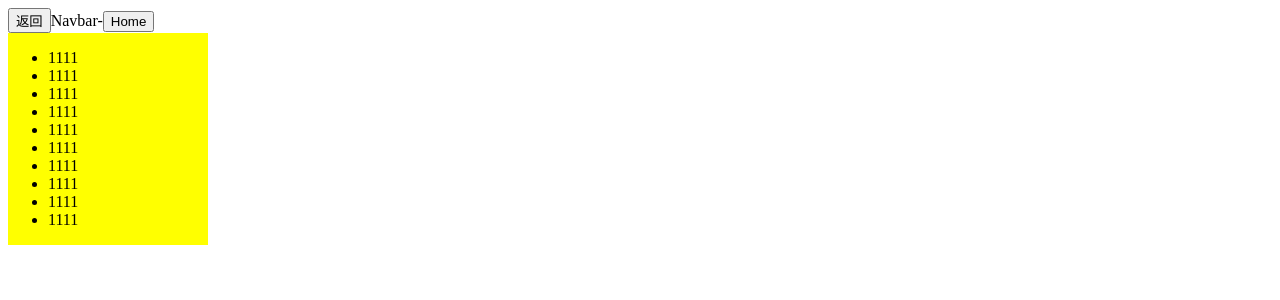
Repository: zenghao518518/React
Page: /
An editor plug-in stored every save of this project. The page is shown before and after the next save, followed by the edit.
The browser window is 1280 px wide. The pictures show the whole page.
The project was rebuilt for these pictures with package versions that can differ from the ones it lists, and the page was loaded fresh each time.

Above is the page before, as saved 2023-07-25 18:07:44.

After the next save:
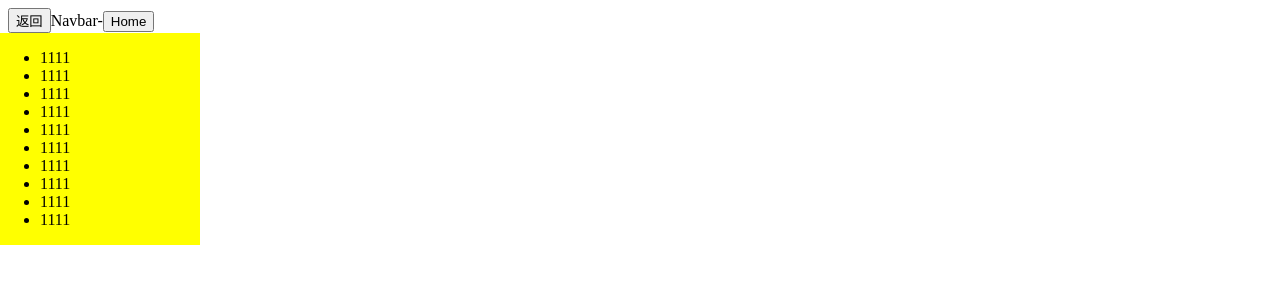
Saved 2 min 3 s later.
--- a/src/01-base/Sidebar/index.js
+++ b/src/01-base/Sidebar/index.js
@@ -4,12 +4,22 @@ export default function Sidebar(props) {
   console.log(props);
   let { bg, postion } = props;
   console.log(postion);
+
+  var obj1 ={
+    left:0
+  }
+
+  var obj2 ={
+    right:0
+  }
   return (
     <div
       style={{
         background: bg,
         width: "200px",
         position: "fixed",
+        left:0,
+        right:0
       }}
     >
       <ul>
